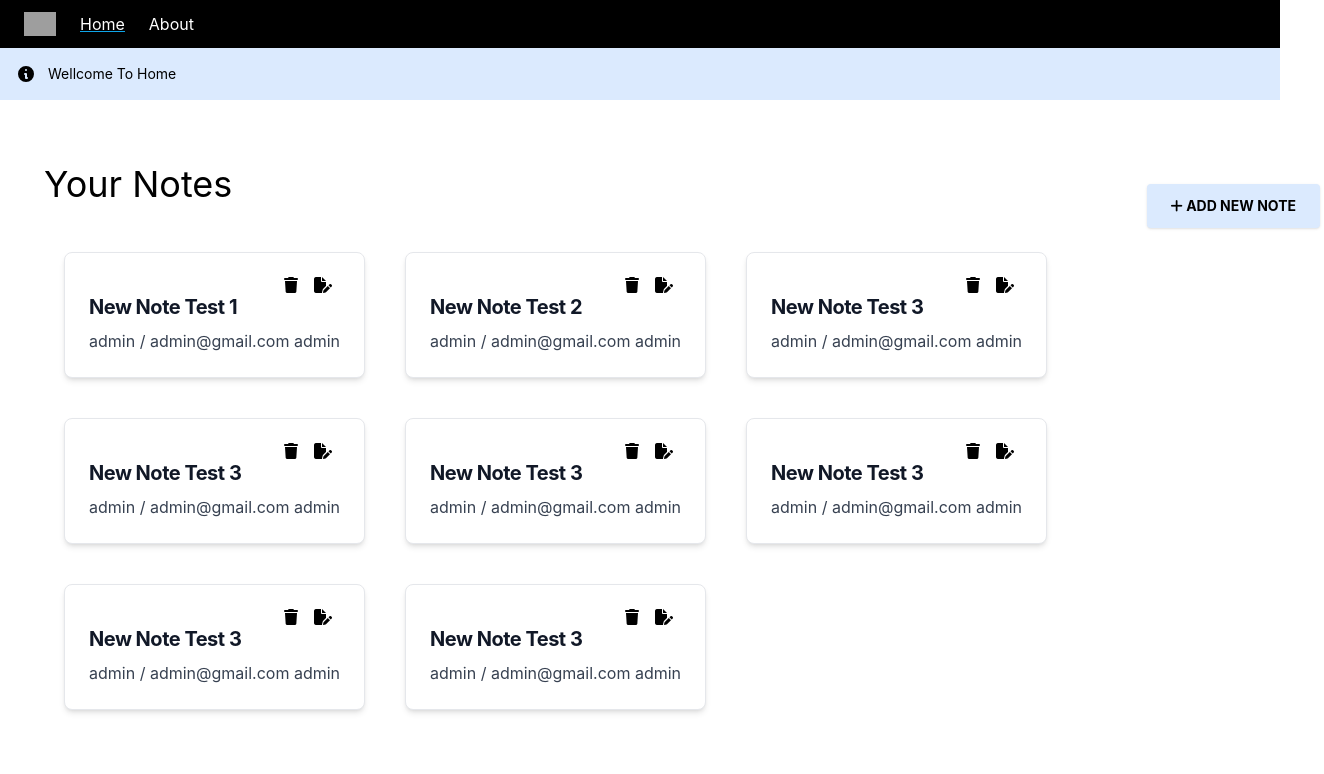
Repository: sonawaneteju4/iNote
Page: /
These files come from the project's save history. The page is drawn as it stood at one moment and after a run of saves; the edit follows.
The browser window is 1280 px wide. The page is 1324 px wide, so the pictures cover 1324 px, including what lies to the right of the window. The pictures show the whole page.
Pictures or frames that could not be fetched are drawn as grey boxes. Some web libraries are served in a nearby version. The project was rebuilt for these pictures with package versions that can differ from the ones it lists, and the page was loaded fresh each time. Also part of the build but not shown: src/components/AddNote.js, src/components/About.js.

Above is the page before, as saved 2022-10-11 10:57:54.

### public/index.html
<!DOCTYPE html>
<html lang="en">
  <head>
    <meta charset="utf-8" />
    <link rel="icon" href="%PUBLIC_URL%/favicon.ico" />
    <meta name="viewport" content="width=device-width, initial-scale=1" />
    <meta name="theme-color" content="#000000" />
    <meta
      name="description"
      content="Web site created using create-react-app"
    />
    <link rel="apple-touch-icon" href="%PUBLIC_URL%/logo192.png" />

    <link rel="manifest" href="%PUBLIC_URL%/manifest.json" />

    <title>iNote - Secured Notes On Cloud</title>
  </head>
  <body>
    <noscript>You need to enable JavaScript to run this app.</noscript>
    <script src="https://kit.fontawesome.com/61d960ae85.js" crossorigin="anonymous"></script>
    <div id="root"></div>
  </body>
</html>

### src/App.js
import "./App.css";
import { BrowserRouter, Routes, Route } from "react-router-dom";
import Navbar from "./components/Navbar";
import Home from "./components/Home";
import About from "./components/About";
import NoteState from "./context/notes/NoteState";
import Alert from "./components/Alert";

function App() {
  return (
    <>
      <NoteState>
        <BrowserRouter>
          <Navbar />
          <Alert message="Wellcome To Home"/>
          <div className="container m-11">

          <Routes>
            <Route exact path="/" element={<Home />}></Route>
            <Route exact path="/about" element={<About />}></Route>
          </Routes>
          </div>
        </BrowserRouter>
      </NoteState>
    </>
  );
}

export default App;

### src/App.css
.App {
  text-align: center;
}

.App-logo {
  height: 40vmin;
  pointer-events: none;
}

@media (prefers-reduced-motion: no-preference) {
  .App-logo {
    animation: App-logo-spin infinite 20s linear;
  }
}

.App-header {
  background-color: #282c34;
  min-height: 100vh;
  display: flex;
  flex-direction: column;
  align-items: center;
  justify-content: center;
  font-size: calc(10px + 2vmin);
  color: white;
}

.App-link {
  color: #61dafb;
}

@keyframes App-logo-spin {
  from {
    transform: rotate(0deg);
  }
  to {
    transform: rotate(360deg);
  }
}
i{cursor: pointer;

}

### src/components/Navbar.js
import React, {useEffect} from 'react'
import { Link, useLocation } from 'react-router-dom'

const Navbar = () => {
  let location = useLocation();
  useEffect(() => {
    console.log(location.pathname);
  }, [location])

  return (
    <nav className='flex bg-black text-white sticky top-0'>
        <ul className='flex m-3'>
            <li className='px-3'><Link to="/"><img alt="Logo" className='h-6' src='https://i.ibb.co/yyD6c8M/i-NOTE-3.png'></img></Link></li>
            <li className={`px-3  ${location.pathname==='/'? "underline decoration-sky-500": ""}`}><Link to="/">Home</Link></li>
            <li className={`px-3  ${location.pathname==='/about'? "underline decoration-sky-500": ""}`}><Link to="/about">About</Link></li>
        </ul>

    </nav>
  )
}

export default Navbar

### src/components/Home.js
import React from 'react'
// import NoteState from '../context/notes/NoteState';
import Notes from './Notes';

const Home = () => {

  return (
    <>
      <Notes/>
    </>

  )
}

export default Home

### src/context/notes/NoteState.js
import { useState } from 'react';
import NoteContext from './NoteContext';


const NoteState = (props) =>{
    const notesInitial = [
        {
          "_id": "6343f8ff5e6343bed4b7ddb5",
          "user": "63402d7553af99b0eef26534",
          "title": "New Note Test 1 ",
          "description": "admin / admin@gmail.com admin",
          "tag": "test",
          "date": "1665390388538",
          "__v": 0
        },
        {
          "_id": "6343f90f5e6343bed4b7ddb8",
          "user": "63402d7553af99b0eef26534",
          "title": "New Note Test 2 ",
          "description": "admin / admin@gmail.com admin",
          "tag": "test",
          "date": "1665390388538",
          "__v": 0
        },
        {
          "_id": "6343f9155e6343bed4b7ddba",
          "user": "63402d7553af99b0eef26534",
          "title": "New Note Test 3 ",
          "description": "admin / admin@gmail.com admin",
          "tag": "test",
          "date": "1665390388538",
          "__v": 0
        },
        {
            "_id": "6343f9155e6343bed4b7ddba",
            "user": "63402d7553af99b0eef26534",
            "title": "New Note Test 3 ",
            "description": "admin / admin@gmail.com admin",
            "tag": "test",
            "date": "1665390388538",
            "__v": 0
          },
          {
            "_id": "6343f9155e6343bed4b7ddba",
            "user": "63402d7553af99b0eef26534",
            "title": "New Note Test 3 ",
            "description": "admin / admin@gmail.com admin",
            "tag": "test",
            "date": "1665390388538",
            "__v": 0
          },
          {
            "_id": "6343f9155e6343bed4b7ddba",
            "user": "63402d7553af99b0eef26534",
            "title": "New Note Test 3 ",
            "description": "admin / admin@gmail.com admin",
            "tag": "test",
            "date": "1665390388538",
            "__v": 0
          },
          {
            "_id": "6343f9155e6343bed4b7ddba",
            "user": "63402d7553af99b0eef26534",
            "title": "New Note Test 3 ",
            "description": "admin / admin@gmail.com admin",
            "tag": "test",
            "date": "1665390388538",
            "__v": 0
          },
          {
            "_id": "6343f9155e6343bed4b7ddba",
            "user": "63402d7553af99b0eef26534",
            "title": "New Note Test 3 ",
            "description": "admin / admin@gmail.com admin",
            "tag": "test",
            "date": "1665390388538",
            "__v": 0
          }
      ]
      const [notes, setNotes] = useState(notesInitial)

      //Add a Note
      const addNote = (title, description,tag)=>{
        const note = {
          "_id": "6343f9155e6343bed4b7ddba",
          "user": "63402d7553af99b0eef26534",
          "title": title,
          "description": description,
          "tag": tag,
          "date": "1665390388538",
          "__v": 0
        };
        setNotes(notes.concat(note))
      }

      // Delete a Note
      const deleteNote = (id)=>{
        console.log(id)
        const newNotes = notes.filter((note)=>{return note._id!==id})
        setNotes(newNotes)
      }

      //Edit a Note
const editNote = (id, title, description,tag)=>{

}

    return(

        <NoteContext.Provider value={{notes, notesInitial, addNote ,deleteNote ,editNote }}>
            {props.children}
        </NoteContext.Provider>
            )
}

export default NoteState;

### src/components/Alert.js
import React from 'react'

const Alert = (props) => {
  return (
    <div className=''>
      <div className="flex p-4 mb-4 text-sm bg-blue-100 rounded-lgz text-black " role="alert">
  <svg aria-hidden="true" className="flex-shrink-0 inline w-5 h-5 mr-3" fill="currentColor" viewBox="0 0 20 20" xmlns="http://www.w3.org/2000/svg"><path fill-rule="evenodd" d="M18 10a8 8 0 11-16 0 8 8 0 0116 0zm-7-4a1 1 0 11-2 0 1 1 0 012 0zM9 9a1 1 0 000 2v3a1 1 0 001 1h1a1 1 0 100-2v-3a1 1 0 00-1-1H9z" clip-rule="evenodd"></path></svg>
  {props.message}
  </div>
    </div>
  )
}

export default Alert

### src/components/Notes.js
import React, {useContext } from 'react'
import NoteContext from '../context/notes/NoteContext';
import AddNote from './AddNote';
import NoteItem from './NoteItem';


const Notes = () => {
    const context = useContext(NoteContext);
    const [showModal, setShowModal] = React.useState(false);
    const {notes, addNote} = context
  return (
    <div>
<div className='flex flex-row justify-between'>
      <h1 className='py-5 text-4xl'>Your Notes</h1>

      <button
        className="bg-blue-100 text-black active:bg-pink-600 font-bold uppercase text-sm my-10 px-6 py-3 rounded shadow hover:shadow-lg outline-none focus:outline-none mr-1 mb-1 ease-linear transition-all duration-150"
        type="button"
        onClick={() => setShowModal(true)}
        >
        <i class="fa-solid fa-plus"></i> Add New Note
      </button>
      {showModal ? (
        <>
          <div
            className="justify-center items-center flex overflow-x-hidden overflow-y-auto fixed inset-0 z-50 outline-none focus:outline-none"
            >
            <div className="relative w-auto my-6 mx-auto max-w-3xl">
              {/*content*/}
              <div className="border-0 rounded-lg shadow-lg relative flex flex-col w-full bg-white outline-none focus:outline-none">
                {/*header*/}
                <div className="flex  items-start justify-between p-5 border-b border-solid border-slate-200 rounded-t">
                  <h3 className="text-3xl font-semibold">
                    Create New Note
                  </h3>
                  <button
                    className="p-1 ml-auto bg-transparent border-0 text-black opacity-5 float-right text-3xl leading-none font-semibold outline-none focus:outline-none"
                    onClick={() => setShowModal(false)}
                    >
                    <span className="bg-transparent text-black opacity-5 h-6 w-6 text-2xl block outline-none focus:outline-none">

                    </span>
                  </button>
                </div>
                {/*body*/}

                    <AddNote/>
                {/*footer*/}
                <div className="flex items-center justify-end p-6 border-t border-solid border-slate-200 rounded-b">
                  <button
                    className="text-red-500 background-transparent font-bold uppercase px-6 py-2 text-sm outline-none focus:outline-none mr-1 mb-1 ease-linear transition-all duration-150"
                    type="button"
                    onClick={() => setShowModal(false)}
                    >
                    Close
                  </button>
                </div>
              </div>
            </div>
          </div>
          <div className="opacity-25 fixed inset-0 z-40 bg-black"></div>
        </>
      ) : null}
      </div>


    <div className='flex flex-wrap'>
        {notes.map((note)=>{
            return <NoteItem key={note._id} note={note}/>;
        })}
    </div>
        </div>
  )
}

export default Notes

### src/components/NoteItem.js
import React, { useContext } from "react";
import NoteContext from '../context/notes/NoteContext';


const NoteItem = (props) => {
 const context = useContext(NoteContext)
  const {deleteNote} = context;
  const { note } = props;
  return (
    <div className="p-5">
      <div class="p-6 max-w-sm bg-white rounded-lg border border-gray-200 shadow-md hover:bg-gray-100">
        <div className="flex item-start justify-end">
          <i class="fa-solid fa-trash mx-2" onClick={()=>{deleteNote(note._id)}}></i>
          <i class="fa-solid fa-file-pen mx-2"></i>
        </div>
          <h5 class="mb-2 text-xl font-bold tracking-tight text-gray-900">
            {note.title}
          </h5>
        <p class="font-normal text-gray-700"> {note.description}</p>
      </div>
    </div>
  );
};

export default NoteItem;

Loaded but not shown: src/index.js (common file); src/index.css (common file); src/context/notes/NoteContext.js (common file); tailwind.config.js (common file)

After the next 3 saves:
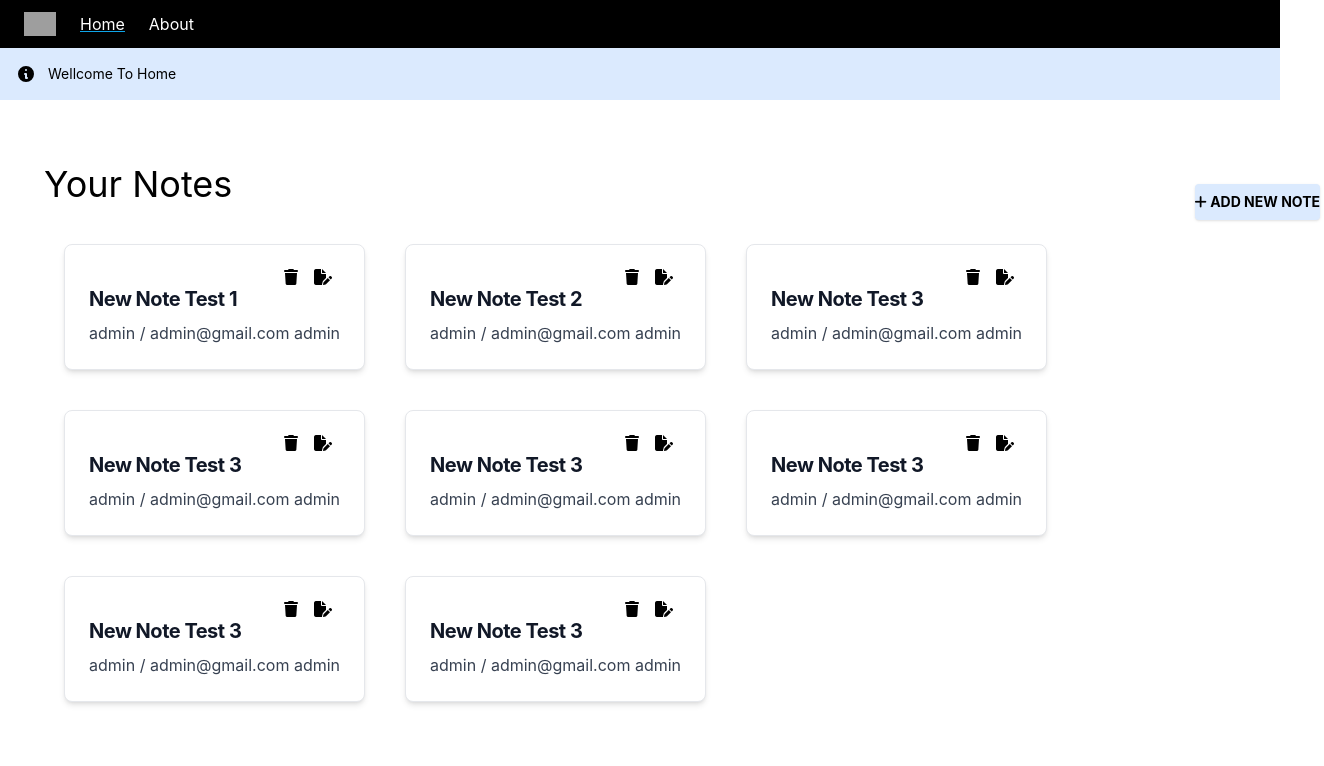
The 3 saves are shown as one change because they came seconds apart.
The last was saved 9 s later.
--- a/src/components/Notes.js
+++ b/src/components/Notes.js
@@ -14,7 +14,7 @@
       <h1 className='py-5 text-4xl'>Your Notes</h1>
 
       <button
-        className="bg-blue-100 text-black active:bg-pink-600 font-bold uppercase text-sm my-10 px-6 py-3 rounded shadow hover:shadow-lg outline-none focus:outline-none mr-1 mb-1 ease-linear transition-all duration-150"
+        className="bg-blue-100 text-black active:bg-pink-600 font-bold uppercase text-sm my-10 rounded shadow hover:shadow-lg outline-none focus:outline-none mr-1 mb-1 ease-linear transition-all duration-150"
         type="button"
         onClick={() => setShowModal(true)}
         >

After the save that followed:
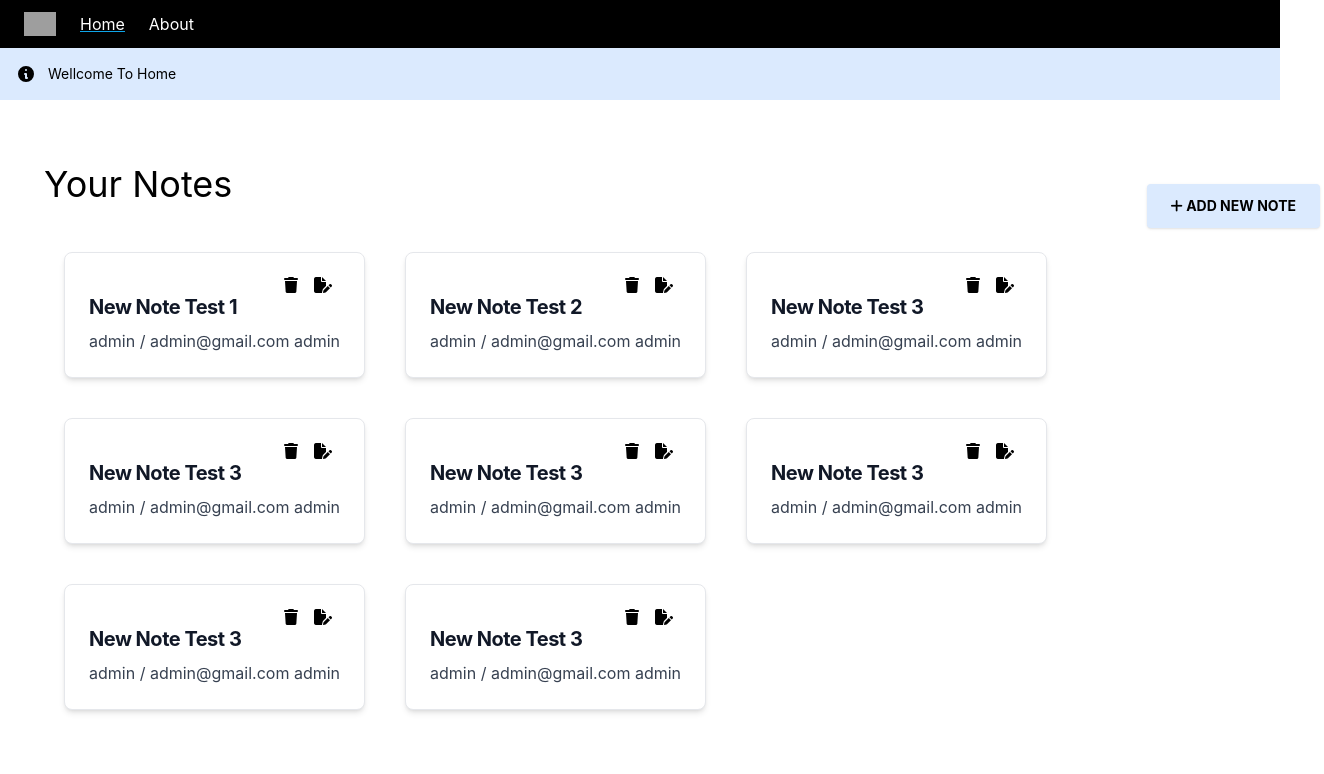
Saved 6 s later.
--- a/src/components/Notes.js
+++ b/src/components/Notes.js
@@ -14,7 +14,7 @@
       <h1 className='py-5 text-4xl'>Your Notes</h1>
 
       <button
-        className="bg-blue-100 text-black active:bg-pink-600 font-bold uppercase text-sm my-10 rounded shadow hover:shadow-lg outline-none focus:outline-none mr-1 mb-1 ease-linear transition-all duration-150"
+        className="bg-blue-100 text-black active:bg-pink-600 font-bold uppercase text-sm my-10 px-6 py-3 rounded shadow hover:shadow-lg outline-none focus:outline-none mr-1 mb-1 ease-linear transition-all duration-150"
         type="button"
         onClick={() => setShowModal(true)}
         >
